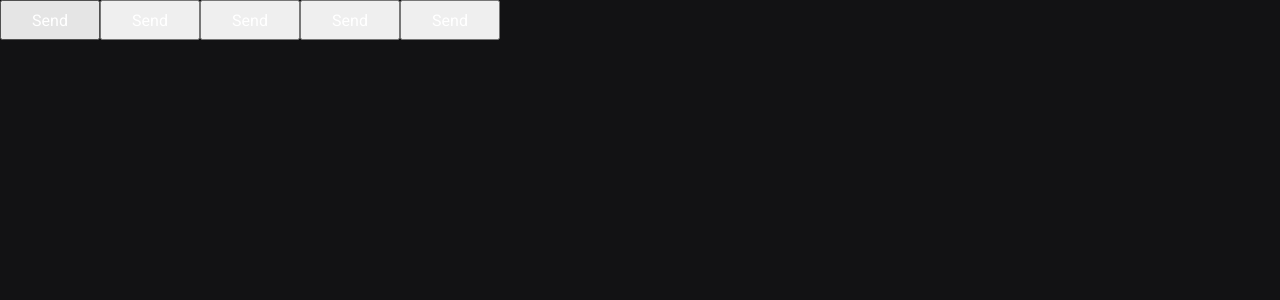
Repository: JoseGu1llardi/ignite-timer
Page: /
An editor plug-in stored every save of this project. The page is shown before and after the next save, followed by the edit.
The browser window is 1280 px wide. The pictures show the whole page.
The project was rebuilt for these pictures with package versions that can differ from the ones it lists, and the page was loaded fresh each time. Also part of the build but not shown: vite.config.ts.

Above is the page before, as saved 2023-03-17 22:07:11.

After the next save:
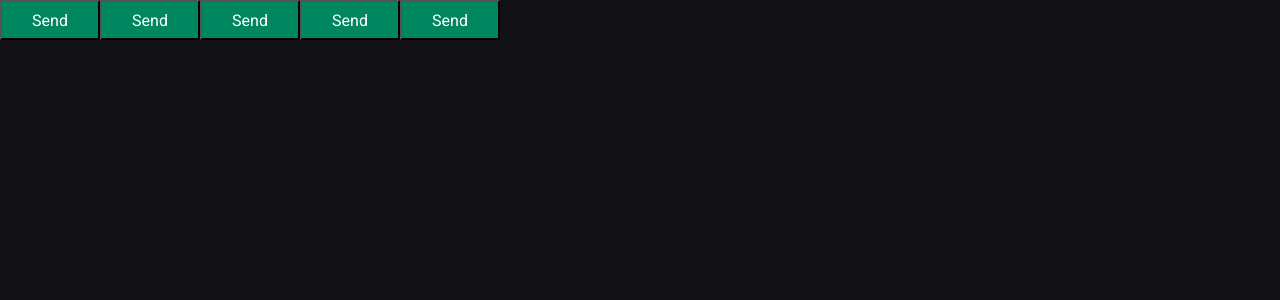
Saved 25 s later.
--- a/src/components/Button.styles.ts
+++ b/src/components/Button.styles.ts
@@ -17,7 +17,7 @@
   width: 100px;
   height: 40px;
 
-  background: ${props => props.theme.primary};
+  background: ${props => props.theme["green-500"]};
   color: ${props => props.theme.white};
 
 /* ${({ variant }) => css`
